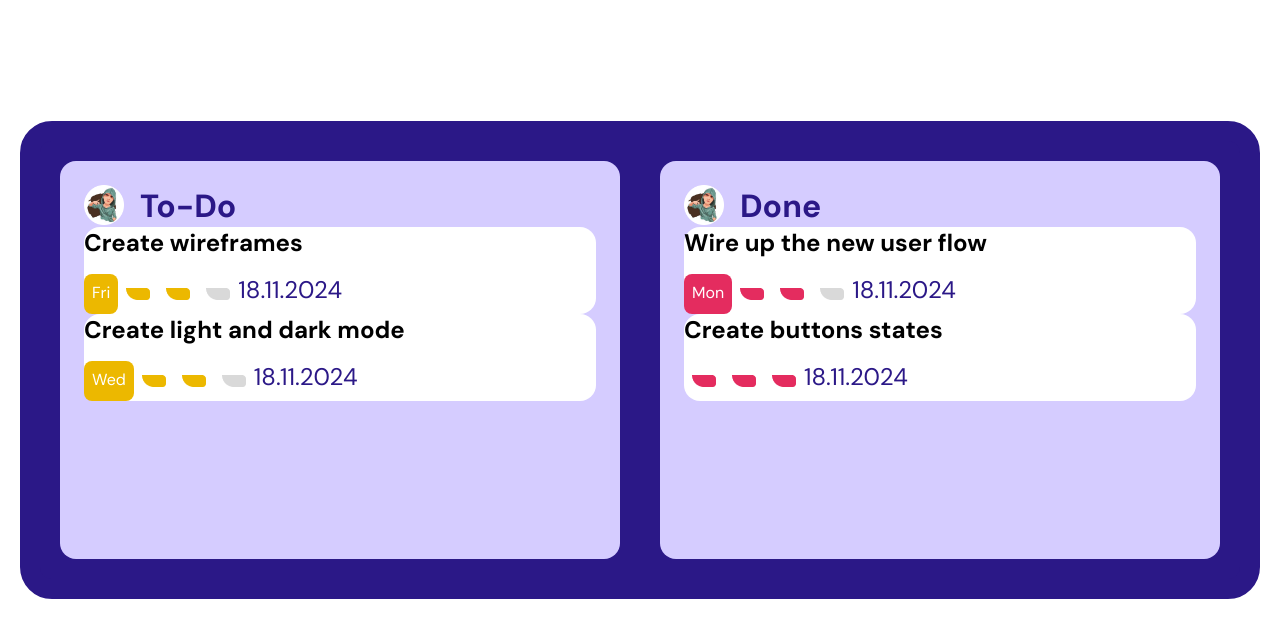
Repository: VitasYo/Kanban
Page: index.html
An editor plug-in stored every save of this project. The page is shown before and after the next save, followed by the edit.
The browser window is 1280 px wide. The pictures show the whole page.

Above is the page before, as saved 2024-04-15 20:12:24.

### index.html
<!DOCTYPE html>
<html lang="en">
<head>
  <meta charset="UTF-8">
  <meta name="viewport" content="width=device-width, initial-scale=1.0">
  <link rel="stylesheet" href="./src/assets/css/index.css">
  <title>To-Do-List-Kanban</title>
</head>
<body>
  <main class="kanban">
    <section class="kanban__column">
      <div class="kanban__title_and_icon">
        <img height=40 width=40 src="src/assets/img/Avatar.jpg" alt="Аватар">
        <h2 class="kanban__title">To-Do</h2>
      </div>
      <div class="card">
        <div class="card_title">Create wireframes</div>
        <div class="card_items">
          <div class="card_pin_yel">Fri</div>
          <div class="card_scale">
            <img class="card_scale_item" src="src/assets/img/yel_rect.png">
            <img class="card_scale_item" src="src/assets/img/yel_rect.png">
            <img class="card_scale_item" src="src/assets/img/grey_rect.png">
          </div>
          <div class="card_date">18.11.2024</div>
        </div>
      </div>
      <div class="card">
        <div class="card_title">Create light and dark mode</div>
        <div class="card_items">
          <div class="card_pin_yel">Wed</div>
          <div class="card_scale">
            <img class="card_scale_item" src="src/assets/img/yel_rect.png">
            <img class="card_scale_item" src="src/assets/img/yel_rect.png">
            <img class="card_scale_item" src="src/assets/img/grey_rect.png">
          </div>
          <div class="card_date">18.11.2024</div>
        </div>
      </div>
    </section>

    <section class="kanban__column">
      <div class="kanban__title_and_icon">
        <img height=40 width=40 src="src/assets/img/Avatar.jpg" alt="Аватар">
        <h2 class="kanban__title">Done</h2>
      </div>
      <div class="card">
        <div class="card_title">Wire up the new user flow</div>
        <div class="card_items">
          <div class="card_pin_red">Mon</div>
          <div class="card_scale">
            <img class="card_scale_item" src="src/assets/img/red_rect.png">
            <img class="card_scale_item" src="src/assets/img/red_rect.png">
            <img class="card_scale_item" src="src/assets/img/grey_rect.png">
          </div>
          <div class="card_date">18.11.2024</div>
        </div>
      </div>
      <div class="card">
        <div class="card_title">Create buttons states</div>
        <div class="card_items">
          <div class="card_scale">
            <img class="card_scale_item" src="src/assets/img/red_rect.png">
            <img class="card_scale_item" src="src/assets/img/red_rect.png">
            <img class="card_scale_item" src="src/assets/img/red_rect.png">
          </div>
          <div class="card_date">18.11.2024</div>
        </div>
      </div>
    </section>
  </main>
  </body>
<script src="./src/assets/js/index.js"></script>
</html>

### src/assets/css/index.css
@import url('https://fonts.googleapis.com/css2?family=DM+Sans:opsz,wght@9..40,100;9..40,200;9..40,300;9..40,400;9..40,500;9..40,600;9..40,700;9..40,800;9..40,900;9..40,1000&display=swap');
@import './component/_kanban.css';
@import './_media.css';



* {
  font-family: 'DM Sans', sans-serif;
}

* {
  box-sizing: border-box;
  margin: 0;
  padding: 0;
}

body {
  font-family: 'Arial', sans-serif;
  background-color: white;
  color: white;
  display: flex;
  flex-direction: column;
  min-height: 100vh;
}


.header__title,
.footer__text {
  margin: 0;
  padding: 10px 0;
}

.container {
  width: 100%;
  padding-right: 15px;
  padding-left: 15px;
  margin-right: auto;
  margin-left: auto;
}

### src/assets/css/component/_kanban.css
.kanban {
    display: flex;
    flex-wrap: wrap;
    justify-content: space-around;
    flex-grow: 1;
    flex: 0 0 100%;
    border-radius: 32px;
    border: 20px solid #2B1887;
    background-color: #2B1887;
    display: grid;
    grid-template-columns: 1fr 1fr;
    margin: auto;
}

.kanban__column {
    height: 398px;
    width: 560px;
    background-color: #D5CCFF;
    border-radius: 16px;
    padding: 24px;
    margin: 20px;
}

.kanban__title_and_icon {
    display: flex;
    width: 560px;
}

.kanban__title {
    color: #2B1887;
    font-size: 32px;
    padding-left: 16px;
}

.card {
    width: 512px;;
    background-color: white;
    border-radius: 16px;
}

.card_title {
    color: black;
    font-size: 24px;
    font-weight: bold;
}

.card_items {
    margin-top: 16px;
    display: flex;
}

.card_pin_yel {
    padding: 8px;
    border-radius: 8px;
    background-color: #ECB800;
}

.card_pin_red {
    padding: 8px;
    border-radius: 8px;
    background-color: #E42C5F;
}

.card_scale {
    display: flex;
}


.card_scale_item {
    padding: 8px;
}

.card_date {
    font-size: 24px;
    color: #2B1887;
}

### src/assets/css/_media.css
@media (min-width: 576px) {
    .container {
        max-width: 540px;
    }
}

@media (min-width: 768px) {
    .container {
        max-width: 720px;
    }
}

@media (min-width: 992px) {
    .container {
        max-width: 960px;
    }
}

@media (min-width: 1200px) {
    .container {
        max-width: 1140px;
    }
}

@media (min-width: 1400px) {
    .container {
        max-width: 1320px;
    }
}

@media screen and (min-width: 640px) {
    .kanban__column {
        flex: 0 0 calc(33.333% - 20px);
    }
}

Loaded but not shown: src/assets/js/index.js (no stored copy; drawn as an empty file)

After the next save:
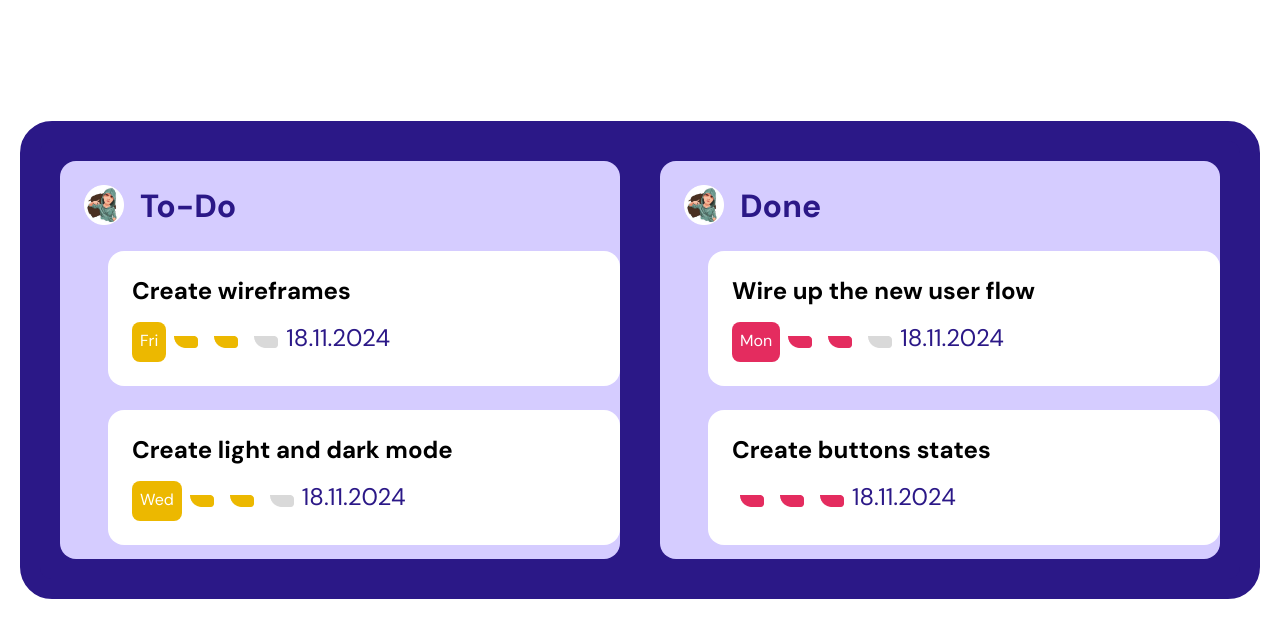
Saved 18 s later.
--- a/src/assets/css/component/_kanban.css
+++ b/src/assets/css/component/_kanban.css
@@ -36,6 +36,8 @@
     width: 512px;;
     background-color: white;
     border-radius: 16px;
+    margin: 24px;
+    padding: 24px;
 }
 
 .card_title {
